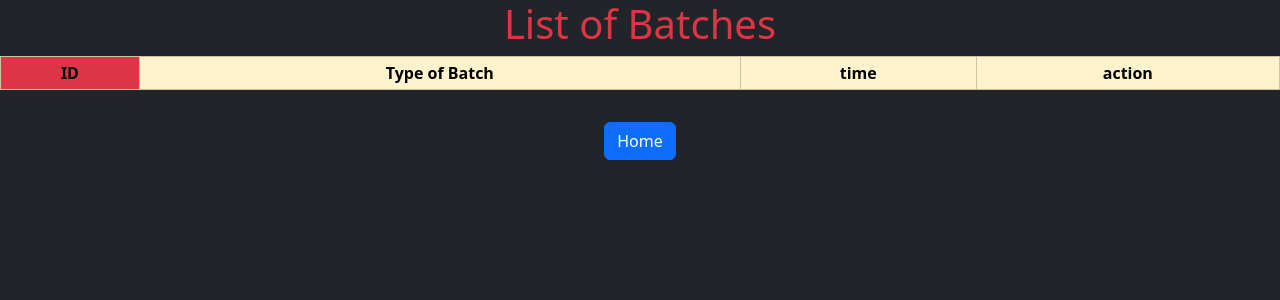
Repository: Jannis-Buschhaus/simplilearn-assessment-phase2
Page: http://localhost/FunfitWebapp/BatchController?target=viewBatch
An editor plug-in stored every save of this project. The page is shown before and after the next save, followed by the edit.
The browser window is 1280 px wide. The pictures show the whole page.
The page is served by Tomcat 9. Other server files are loaded and not shown. Queries for data that is not in the repository find no rows.

Above is the page before, as saved 2024-05-30 14:37:28.

### FunfitWebapp/src/main/webapp/viewBatch.jsp
<%@ page language="java" contentType="text/html; charset=UTF-8"
    pageEncoding="UTF-8"
    import="java.util.List,com.funfit.bean.Batch"
    %>
<%@ taglib prefix="c" uri="http://java.sun.com/jsp/jstl/core" %>
<!DOCTYPE html>
<html>
<head>
<meta charset="UTF-8">
<title>List of batches</title>
<link href="https://cdn.jsdelivr.net/npm/bootstrap@5.3.3/dist/css/bootstrap.min.css" rel="stylesheet" integrity="sha384-QWTKZyjpPEjISv5WaRU9OFeRpok6YctnYmDr5pNlyT2bRjXh0JMhjY6hW+ALEwIH" crossorigin="anonymous">
</head>
<body class="bg-dark">
	<script type="text/javascript">
		async function deleteBatch(batchId) {
			var result
			try {
				result = await fetch("/FunfitWebapp/BatchController?id="+batchId,  {
	    			method: 'DELETE'
	  			})
			} catch (e) {
				result = e
				console.log(result)
			} finally {
				window.location.replace("BatchController?target=viewBatch")
			}
		}

		function showUpdate(batchId, typeOfBatch, time) {
			document.getElementById("updateBatches").hidden = false
			document.getElementById("batchId").value = batchId
			document.getElementById("typeOfBatch").value = typeOfBatch
			document.getElementById("time").value = time
		}
	</script>
	<h1 class="text-danger text-center">List of Batches</h1>
	<div class="text-center">
		<table  class="table table-warning table-bordered table-hover table-sm">
			<tr >
				<th class="bg-danger">ID</th><th>Type of Batch</th><th>time</th><th>action</th>
			</tr>
			<c:forEach items="${ sessionScope.batch }" var="batch">
				<tr>
					<td>${ batch.getBatchId() }</td>
					<td>${ batch.getTypeOfBatch() }</td>
					<td>${ batch.getTime() }</td>
					<td>
						<button onclick="deleteBatch(${ batch.getBatchId() })">delete</button>
						<button onclick="showUpdate(batchId=${ batch.getBatchId() }, typeOfBatch='${ batch.getTypeOfBatch() }', time='${ batch.getTime() }')">update</button>
					</td>
				</tr>
			</c:forEach>
		</table>
		<div hidden id="updateBatches">
			<h1>Update batch</h1>
			<form method="post" action="BatchController">
				<label for="batchId">Batch ID: </label>
					<input readonly type="text" name="batchId" id="batchId" /><br />
				<label for="typeOfBatch">Type of Batch: </label>
					<select name="typeOfBatch" id="typeOfBatch">
						<option value="morning">morning</option>
						<option value="evening">evening</option>
					</select><br />
				<label for="time">Time: </label>
					<select  id = "time" name="time">
					<% for(int i=1; i<=12; i++){ %>
						<option value="<%=i%>am"><%=i%> am</option>
					<% }%>
					<% for(int i=1; i<=12; i++){ %>
						<option value="<%=i%>pm"><%=i%> pm</option>
					<% }%>
					</select><br />
				<input type="radio" name="update" value="update" checked  hidden/>
				<button type="submit">Update Batch</button>
			</form>
	</div>
	<a  class="btn btn-primary m-3" href="index.jsp">Home</a>
	</div>
</body>
</html>

### FunfitWebapp/src/main/java/com/funfit/controller/BatchController.java
package com.funfit.controller;

import java.io.IOException;
import java.io.PrintWriter;
import java.util.List;

import javax.servlet.RequestDispatcher;
import javax.servlet.ServletException;
import javax.servlet.annotation.WebServlet;
import javax.servlet.http.HttpServlet;
import javax.servlet.http.HttpServletRequest;
import javax.servlet.http.HttpServletResponse;
import javax.servlet.http.HttpSession;

import com.funfit.bean.Batch;
import com.funfit.service.BatchService;

@WebServlet("/BatchController")
public class BatchController extends HttpServlet {
	private static final long serialVersionUID = 1L;

    public BatchController() {
        super();
    }

	protected void doGet(HttpServletRequest request, HttpServletResponse response) throws ServletException, IOException {
		List<Batch> lb = BatchService.getBatch();
		PrintWriter pw = response.getWriter();
		HttpSession hs = request.getSession();
		hs.setAttribute("batch", lb);

		RequestDispatcher rd = request.getRequestDispatcher("viewBatch.jsp");
		rd.forward(request, response);
	}

	protected void doPost(HttpServletRequest request, HttpServletResponse response) throws ServletException, IOException {
		PrintWriter pw = response.getWriter();

		Batch bb = new Batch();
		bb.setTypeOfBatch(request.getParameter("typeOfBatch"));
		bb.setTime(request.getParameter("time"));

		response.setContentType("text/html");
		if(request.getParameter("update") != null) {
			bb.setBatchId(Integer.parseInt(request.getParameter("batchId")));
			RequestDispatcher rd = request.getRequestDispatcher("viewBatch.jsp");
			HttpSession hs = request.getSession();
			List<Batch> lb = BatchService.updateBatch(bb);
			if (lb != null) {
				hs.setAttribute("batch", lb);
				pw.println("Batch updated successfully.");
			} else {
				pw.println("Batch update unsuccessful");
			}
			rd.include(request, response);
		} else {
			RequestDispatcher rd = request.getRequestDispatcher("addBatch.jsp");

			pw.println(BatchService.addBatch(bb));
			rd.include(request, response);
		}
	}

	@Override
	protected void doPut(HttpServletRequest req, HttpServletResponse resp) throws ServletException, IOException {
		System.out.println("doPut called");
	}
	@Override
	protected void doDelete(HttpServletRequest req, HttpServletResponse resp) throws ServletException, IOException {
		int batchId = Integer.parseInt(req.getParameter("id"));
		PrintWriter pw = resp.getWriter();
		RequestDispatcher rd = req.getRequestDispatcher("viewBatch.jsp");
		resp.setContentType("text/html");
		pw.println(BatchService.deleteBatch(batchId));
		rd.include(req, resp);
	}

}

### FunfitWebapp/src/main/java/com/funfit/service/BatchService.java
package com.funfit.service;

import java.util.List;

import com.funfit.bean.Batch;
import com.funfit.dao.BatchDao;

public class BatchService {
	public static String addBatch(Batch batch) {
		if(BatchDao.addBatch(batch) > 0) {
			return "Batch details added.";
		} else {
			return "Batch details were not added.";
		}
	}

	public static List<Batch> getBatch(){
		return BatchDao.getBatch();
	}

	public static String deleteBatch(int batchId) {
		if(BatchDao.deleteBatch(batchId) > 0) {
			return "Batch "+batchId+"deleted successfully";
		} else {
			return "Unable to delete batchID: "+batchId;
		}
	}

	public static List<Batch> updateBatch(Batch b) {
		List<Batch> lb = BatchDao.updateBatch(b);
		if(lb != null) {
			return lb;
		} else {
			return null;
		}
	}
}

### FunfitWebapp/src/main/java/com/funfit/dao/BatchDao.java
package com.funfit.dao;

import java.sql.Connection;
import java.sql.PreparedStatement;
import java.sql.ResultSet;
import java.util.ArrayList;
import java.util.List;

import com.funfit.bean.Batch;
import com.funfit.resource.DbResource;

public class BatchDao {

		public static int addBatch (Batch batch) {
			try {
				Connection con = DbResource.getConnection();
				PreparedStatement pstmt = con.prepareStatement("insert into batch values(null, ?, ?);");
				pstmt.setString(1, batch.getTypeOfBatch());
				pstmt.setString(2, batch.getTime());
				return pstmt.executeUpdate();
			} catch (Exception e) {
				System.err.println(e.getMessage());
				return 0;
			}
		}
		public static List<Batch> getBatch(){
			try {
				List<Batch> lb = new ArrayList();
				Connection con = DbResource.getConnection();
				PreparedStatement pstmt = con.prepareStatement("select * from batch;");
				ResultSet rs = pstmt.executeQuery();
				while(rs.next()) {
					Batch b = new Batch();
					b.setBatchId(rs.getInt(1));
					b.setTypeOfBatch(rs.getString(2));
					b.setTime(rs.getString(3));
					lb.add(b);
				}
				return lb;
			} catch (Exception e) {
				System.err.println(e.getMessage());
				return null;
			}
		}
		public static int deleteBatch(int batchId) {
			try {
				Connection con = DbResource.getConnection();
				PreparedStatement pstmt = con.prepareStatement("delete from batch where batchId=?;");
				pstmt.setInt(1, batchId);
				return pstmt.executeUpdate();
			} catch (Exception e) {
				return 0;
			}

		}

		public static List<Batch> updateBatch(Batch b) {
			try {
				Connection con = DbResource.getConnection();
				PreparedStatement pstmt = con.prepareStatement("update batch set typeOfBatch=?, time=? where batchId=?;");
				pstmt.setString(1, b.getTypeOfBatch());
				pstmt.setString(2, b.getTime());
				pstmt.setInt(3, b.getBatchId());
				int result = pstmt.executeUpdate();
				if (result > 0) {
					List<Batch> lb = new ArrayList();
					PreparedStatement pstmt2 = con.prepareStatement("select * from batch;");
					ResultSet rs = pstmt2.executeQuery();
					while(rs.next()) {
						Batch bb = new Batch();
						bb.setBatchId(rs.getInt(1));
						bb.setTypeOfBatch(rs.getString(2));
						bb.setTime(rs.getString(3));
						lb.add(bb);
					}
					return lb;
				} else {
					return null;
				}
			} catch (Exception e) {
				return null;
			}
		}
}

### FunfitWebapp/src/main/java/com/funfit/resource/DbResource.java
package com.funfit.resource;

import java.sql.Connection;
import java.sql.DriverManager;

public class DbResource {
	public static Connection getConnection () {
		try {
			Class.forName("com.mysql.cj.jdbc.Driver");
			Connection con = DriverManager.getConnection("jdbc:mysql://10.99.0.2:3306/funfit_db", "remoteUser", "my_password");
			return con;
		} catch (Exception e) {
			System.err.println(e.getMessage());
			return null;
		}
	}
}

After the next save:
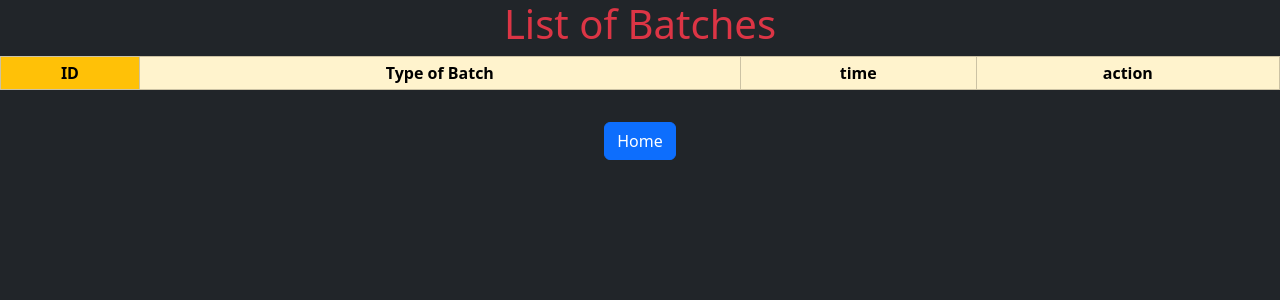
Saved 9 s later.
--- a/FunfitWebapp/src/main/webapp/viewBatch.jsp
+++ b/FunfitWebapp/src/main/webapp/viewBatch.jsp
@@ -37,7 +37,7 @@
 	<div class="text-center">
 		<table  class="table table-warning table-bordered table-hover table-sm">
 			<tr >
-				<th class="bg-danger">ID</th><th>Type of Batch</th><th>time</th><th>action</th>
+				<th class="bg-warning">ID</th><th>Type of Batch</th><th>time</th><th>action</th>
 			</tr>
 			<c:forEach items="${ sessionScope.batch }" var="batch">
 				<tr>
